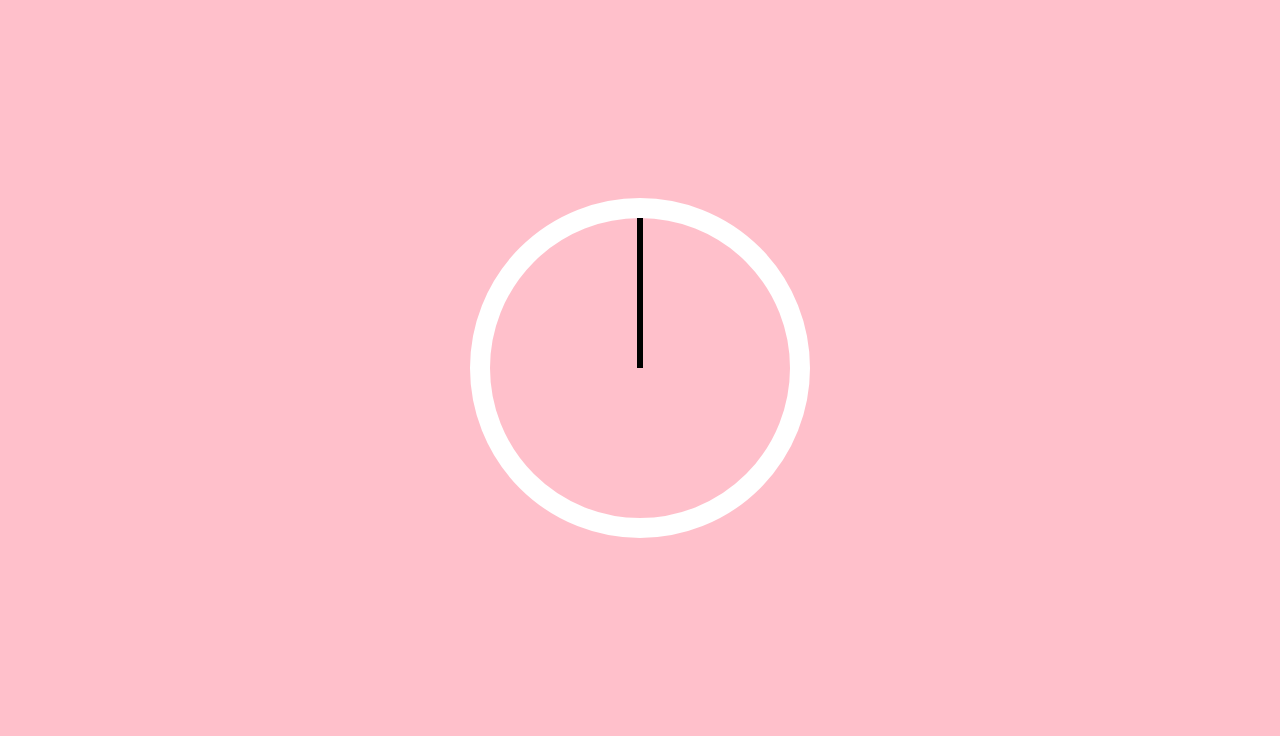
Repository: julieLyM/js-make-an-oclock
Page: index.html
An editor plug-in stored every save of this project. The page is shown before and after the next save, followed by the edit.
The browser window is 1280 px wide. The pictures show the whole page.

Above is the page before, as saved 2020-07-07 11:57:13.
Console error: ReferenceError: minuteHand is not defined

After the next save:
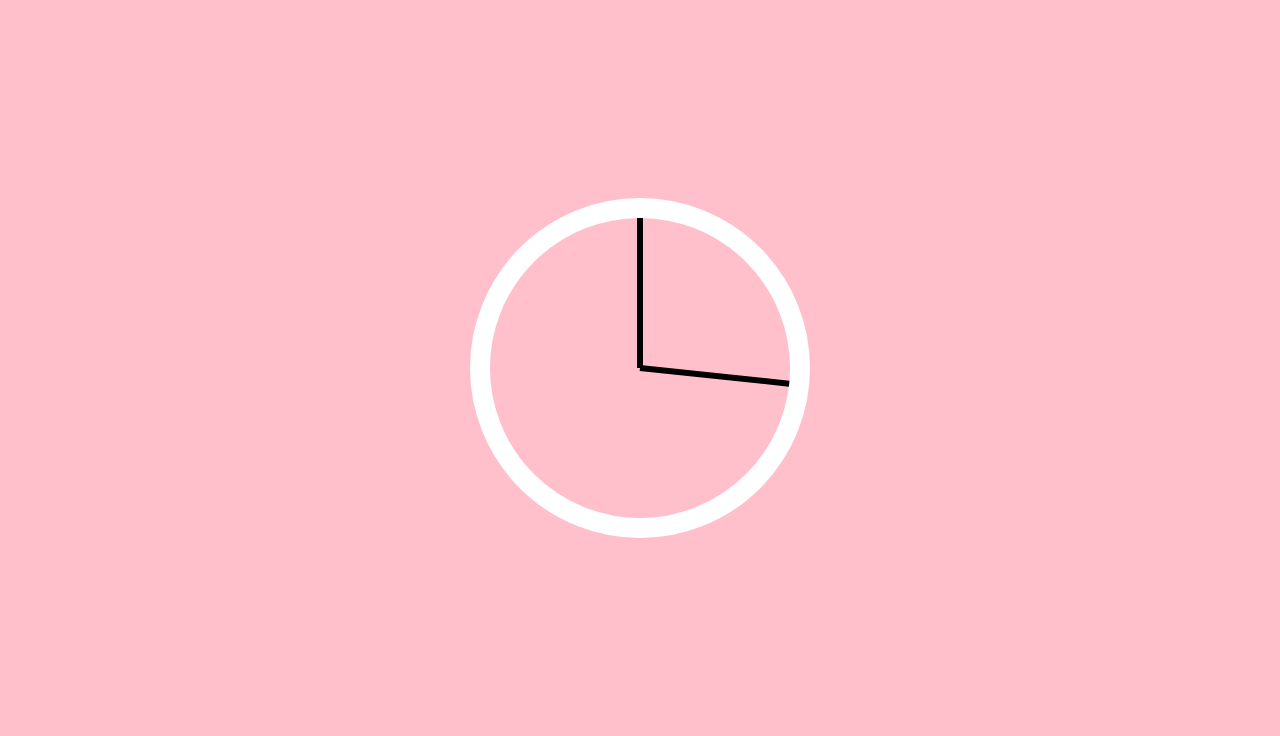
The error is gone.
Saved 32 s later.
--- a/index.html
+++ b/index.html
@@ -32,7 +32,7 @@
 
     const mins = now.getMinutes();
     const minsDegrees = (mins / 60) * 360 + 90;
-    minuteHand.style.transform = `rotate(${minsDegrees}deg)`;
+    minsHand.style.transform = `rotate(${minsDegrees}deg)`;
     console.log(mins);
   }
 
